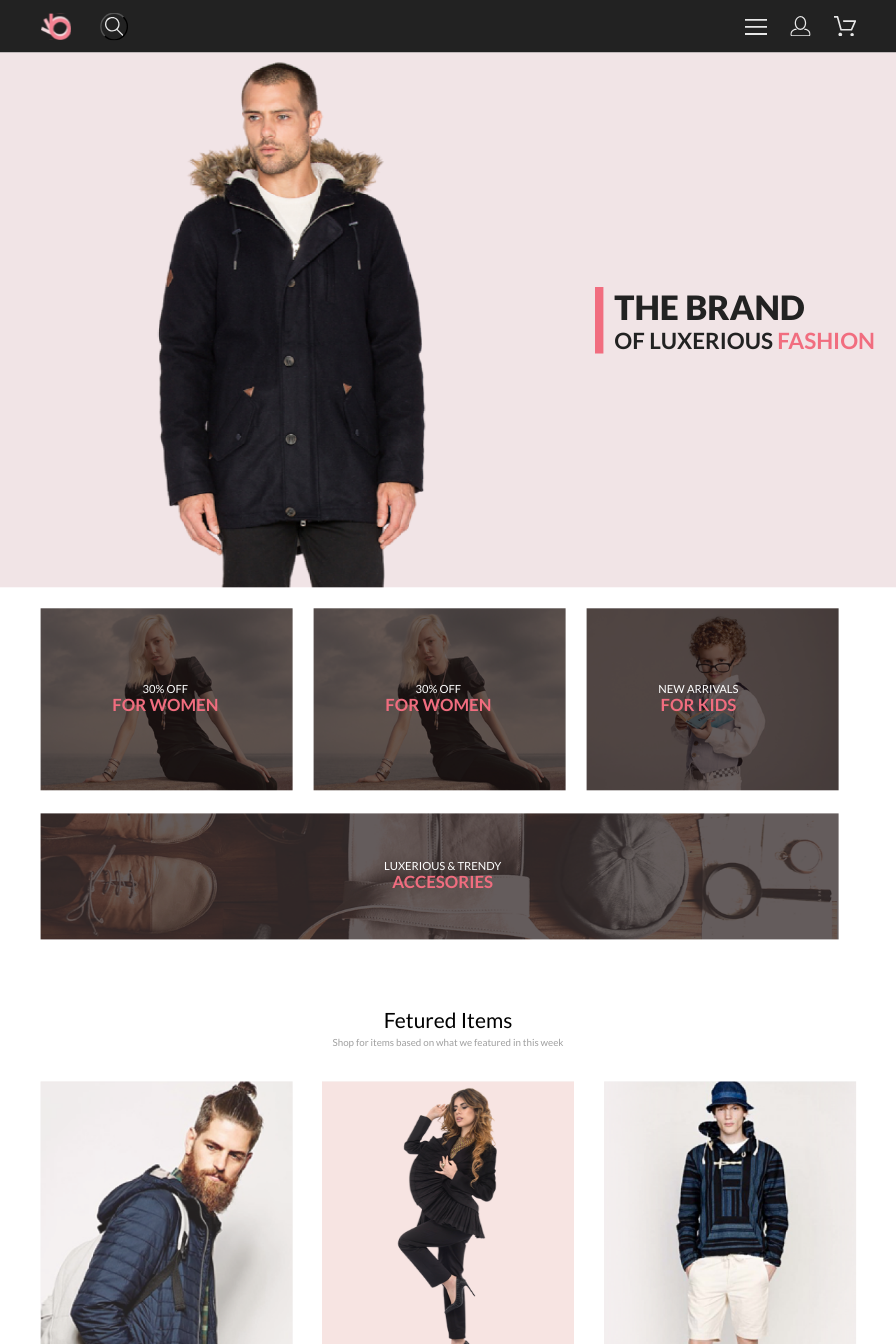
Repository: shtepaa/work-show-linkid
Page: les01/index.html
These files come from the project's save history. The page is drawn as it stood at one moment and after the next save; the edit follows.
The browser window is 1280 px wide. The pictures show the part of the page from y = 0 to 1920 px (the page is 3902 px tall), at 70% of full size.

Above is the page before, as saved 2022-02-15 12:45:19.

### les01/index.html
<!DOCTYPE html>
<html lang="en">
  <head>
    <meta charset="UTF-8" />
    <meta http-equiv="X-UA-Compatible" content="IE=edge" />
    <meta name="viewport" content="width=device-width, initial-scale=1.0" />
    <title>Brand</title>
    <link rel="shortcut icon" href="img/favicon.ico" type="image/x-icon" />
    <link rel="stylesheet" href="style.css" />
    <link rel="preconnect" href="https://fonts.googleapis.com" />
    <link rel="preconnect" href="https://fonts.gstatic.com" crossorigin />
    <link
      href="https://fonts.googleapis.com/css2?family=Lato:wght@700;400;900&display=swap"
      rel="stylesheet"
    />
  </head>
  <body>


        <header>
          <div class="container">
            <nav>
              <div class="flex-left">
                <img src="img/logo.svg" alt="logo" />
                <form class="searchBox">
                  <input
                    class="searchInput"
                    type="text"
                    name=""
                    placeholder="Search"
                  />
                  <button class="searchButton" href="#">
                    <img id="path" src="img/search.svg" alt="logo" />
                  </button>
                </form>
              </div>
              <div class="flex-right">
                <div class="mega-box"><img class="contact-img" src="img/menu.svg" alt="logo" />
                <div class="mega-item">

<div class="menu-box"><h3 class="menu-box--style">Menu</h3></div>
<details><summary>Man</summary>
<a class="mega-link" href="#">Accessories</a>
<a class="mega-link" href="#">Bags</a>
<a class="mega-link" href="#">Denim</a>
<a class="mega-link" href="#">T-Shirts</a>
</details>
<details><summary>WOMAN</summary>
  <a class="mega-link" href="#">Accessories</a>
  <a class="mega-link" href="#">Jackets & Coats</a>
  <a class="mega-link" href="#">Polos</a>
  <a class="mega-link" href="#">T-Shirts</a>
  </details>
  <details><summary>KIDS</summary>
    <a class="mega-link" href="#">Accessories</a>
    <a class="mega-link" href="#">Bags</a>
    <a class="mega-link" href="#">Denim</a>
    <a class="mega-link" href="#">T-Shirts</a>
    </details>



                </div>


                </div>
                <img class="contact-img" src="img/contact.svg" alt="logo" />
                <img src="img/shop.svg" alt="logo" />
              </div>
            </nav>
          </div>
        </header>
        <!-- Второй блок -->
        <div class="header-section">
            <div class="header-cover">
              <div class="header-image">
              <img class="header-man"  src="img/man-new.png" alt="man" />
            </div>
            <div class="header-title">
              <div class="pink-line">
              <div class="header-column">
                <h1 class="header-brand">The brand</h1>
                <h2 class="text-brand">of luxerious <span class="pink-word"> fashion</span></h2>
              </div>
            </div>
            </div>
          </div>
          </div>
        </div>
<!-- Третий блок -->
        <div class="container">
<section class="catalog-box">
          <div class="catalog-block">
            <div class="catalog-project">
              <a class="link-cataloge" href="#">
              <img
                class="catalog-image"
                src="img/catalog01.png"
                alt="catalog01"
              />
              <h2 class="catalog__text">
                30% off <span class="pink-word catalog-words"> for women</span>
              </h2></a>
            </div>
            <div class="catalog-project">
              <a class="link-cataloge" href="#">
                <img
                  class="catalog-image"
                  src="img/catalog01.png"
                  alt="catalog01"
                />
                <h2 class="catalog__text">
                  30% off <span class="pink-word catalog-words"> for women</span>
                </h2></a>
            </div>
            <div class="catalog-project">
              <img
                class="catalog-image"
                src="img/catalog03.png"
                alt="catalog03"
              />
              <h2 class="catalog__text">
                new arrivals
                <span class="pink-word catalog-words"> for kids</span>
              </h2>
            </div>
          </div>
          <div class="catalog-project parent">
            <img
              class="catalog-image"
              src="img/catalog04.png"
              alt="catalog04"
            />
            <h2 class="catalog__text down-parent">
              luxerious & trendy<span class="pink-word catalog-words">
                accesories</span
              >
            </h2>
          </div>
        </section>
        </div>
        <!-- Четвертый блок -->
        <div class="container block-text">
          <h3 class="block-text--heading">Fetured Items</h3>
          <p class="block-text--section-text">
            Shop for items based on what we featured in this week
          </p>
        </div>
        <div class="container section-featured">
          <div class="featur_one">
            <a class="link-featur" href="#">
            <img class="featur-image"  src="img/feat01.png" alt="featur_one" /></a>
            <div class="featur-wrapper">
            <h3 class="featur-text">ELLERY X M'O CAPSULE</h3>
            <p class="featur-content">Known for her sculptural takes on traditional tailoring, Australian arbiter of cool Kym Ellery teams up with Moda Operandi.</p>
<span class="featur-price">$52.00</span></div>
          </div>
          <div class="featur_one">
            <a class="link-featur" href="#">
            <img src="img/feat02.png" alt="featur_one" /></a>
            <div class="featur-wrapper">
            <h3 class="featur-text">ELLERY X M'O CAPSULE</h3>
            <p class="featur-content">Known for her sculptural takes on traditional tailoring, Australian arbiter of cool Kym Ellery teams up with Moda Operandi.</p>
<span class="featur-price">$52.00</span></div>
          </div>
          <div class="featur_one">
            <a class="link-featur" href="#">
            <img src="img/feat03.png" alt="featur_one" /></a>
            <div class="featur-wrapper">
            <h3 class="featur-text">ELLERY X M'O CAPSULE</h3>
            <p class="featur-content">Known for her sculptural takes on traditional tailoring, Australian arbiter of cool Kym Ellery teams up with Moda Operandi.</p>
<span class="featur-price">$52.00</span></div>
          </div>
          <div class="featur_one">
            <a class="link-featur" href="#">
            <img src="img/feat04.png" alt="featur_one" /></a>
            <div class="featur-wrapper">
            <h3 class="featur-text">ELLERY X M'O CAPSULE</h3>
            <p class="featur-content">Known for her sculptural takes on traditional tailoring, Australian arbiter of cool Kym Ellery teams up with Moda Operandi.</p>
<span class="featur-price">$52.00</span></div>
          </div>
          <div class="featur_one">
            <a class="link-featur" href="#">
            <img src="img/feat05.png" alt="featur_one" /></a>
            <div class="featur-wrapper">
            <h3 class="featur-text">ELLERY X M'O CAPSULE</h3>
            <p class="featur-content">Known for her sculptural takes on traditional tailoring, Australian arbiter of cool Kym Ellery teams up with Moda Operandi.</p>
<span class="featur-price">$52.00</span></div>
          </div>
          <div class="featur_one">
            <a class="link-featur" href="#">
            <img src="img/feat06.png" alt="featur_one" /></a>
            <div class="featur-wrapper">
            <h3 class="featur-text">ELLERY X M'O CAPSULE</h3>
            <p class="featur-content">Known for her sculptural takes on traditional tailoring, Australian arbiter of cool Kym Ellery teams up with Moda Operandi.</p>
<span class="featur-price">$52.00</span></div>
          </div>

        </div>
        <div class="container browse-button">
          <a class="link-browse" href="#"> <h3 class="browse-button product-cart">Browse All Product</h3></a>

        </div>
<div class="section-icons">
  <div class="container wrapper-icons">
  <div class="first-icons">
    <img class="car-icons" src="img/car.svg" alt="car" />
    <h3 class="car-icons--text">Free Delivery</h3>
    <p class="car-icons--context">Worldwide delivery on all. Authorit tively morph next-generation innov tion with extensive models.</p>
  </div>
  <div class="first-icons">
    <img class="car-icons" src="img/discount.svg" alt="discount" />
    <h3 class="car-icons--text">Sales & discounts</h3>
    <p class="car-icons--context">Worldwide delivery on all. Authorit tively morph next-generation innov tion with extensive models.</p>
  </div>
  <div class="first-icons">
    <img class="car-icons" src="img/corona.svg" alt="corona" />
    <h3 class="car-icons--text">Quality assurance</h3>
    <p class="car-icons--context">Worldwide delivery on all. Authorit tively morph next-generation innov tion with extensive models.</p>
  </div>
</div>

</div>

<div class="quotes-section">
  <div class="container wrap-quotes">
  <div class="figure-box">
  <figure>
    <img class="figure-image" src="img/author.png" alt="author" />
    <figcaption>“Vestibulum quis porttitor dui! Quisque viverra nunc mi, a pulvinar purus condimentum“</figcaption>
  </figure></div>
  <div class="figure-box enter-mail">

    <h1 class="subscribe">SUBSCRIBE</h1>
    <h2 class="promotion">FOR OUR NEWLETTER AND PROMOTION</h2>
    <div class="subscribe-wrapper">

      <input type="email" name="email" class="subscribe-input" placeholder="Enter Your Email">
      <div class="submit-btn">SUBMIT</div>
    </div>


  </div>

</div>


      </div>
      <footer>
<div class="container footer-contant">
  <div class="copy-righ">
    <span class="copy-text">© 2021  Brand  All Rights Reserved.</span>
  </div>
  <div class="networks">
    <div class="insta instag-fig">

    </div>
    <div class="insta pint-fig"></div>
    <div class="insta last-fig"></div>
    <div class="insta "></div>
  </div>



</div>

      </footer>

  </body>
</html>

### les01/style.css
* {
  margin: 0;
  padding: 0;
}

body{
  font-family: "Lato", sans-serif;
}

header {
  background-color: #222;

  display: flex;
  height: 75px;
}
.header-section {
  background-color: #f1e4e6;
  /* display: flex; */
  height: 764px;
}
.container {
  margin: 0 auto;
  width: 1165px;
  display: flex;
}
.header-image {
  display: flex;
  /* background-repeat: no-repeat;
  -webkit-box-flex: 1;
  -ms-flex-positive: 1;
  flex-grow: 1; */

}
.header-man{
  /* display: flex; */
  /* display: block; */
  left: 0;
}
.header-title {
  /* width: 50%; */
  display: flex;
  flex-direction: row;
  align-items: center;
}
.header-column {
  display: flex;
  flex-direction: column;
  padding-left: 16px;
  text-transform: uppercase;

}
.header-brand{
  font-weight: 900;
  font-size: 48px;
  line-height: 57px;
  color: #222;
}
.text-brand{
  font-weight: 700;
  font-size: 32px;
  line-height: 38px;
  color: #222;
}
.pink-word {
  color: #f16d7f;
}
.pink-line {


  border-left: 12px solid #f16d7f;
}
.header-cover {
  /* width: 100%; */
  display: flex;
  /* flex-direction: row; */
  justify-content: space-between;
  width: 1250px;
  /* margin: 0 auto; */
}

nav {
  justify-content: space-between;
  flex-direction: row;
  /* position: relative; */
  align-items: center;
  display: flex;
  height: 75px;
  width: 100%;
}
.flex-left {
  align-items: center;
  flex-direction: row;
  display: flex;
}

.contact-img {
  margin-right: 33px;
}
/* Меню бокс */
.mega-item {
  position: absolute;
  background-color: #fff;

  /* display: none; */
  padding: 37px 100px 79px 50px;
  display: none;
  margin-top: 23px;
  padding-bottom: 53px;
  /* margin-left: 155px; */
}
.mega-box {
  padding: 34px 0 30px 0;

}
.mega-box:hover .mega-item{
  display: block;
}
summary {
  display: block;
}

  summary::-webkit-details-marker {
  display: none;
}

summary {
  display: block;
  font-weight: 400;
  font-size: 14px;
  line-height: 17px;
  text-transform: uppercase;
  color: #f16d7f;
  padding-top: 20px;
  padding-bottom: 12px;
  font-family: "Lato", sans-serif;
  cursor: pointer;
}

  summary::-webkit-details-marker {
  display: none;
}

summary::before {
  content: '';
  padding-right: 0.5em;
}

details[open] > summary::before {
  content: '';
}

.menu-box--style {
  font-weight: 700;
  font-size: 14px;
  line-height: 17px;
  text-transform: uppercase;
  padding-bottom: 4px;
  font-family: "Lato", sans-serif;
}
/* .pink-box {

} */
.mega-link {
  font-family: "Lato", sans-serif;
  display: block;
  text-decoration: none;
  font-size: 14px;
  line-height: 17px;
  color: #6f6e6e;
  font-weight: 400;
  padding: 12px 0px 11px 15px;
}
.mega-link:hover{
  color: #F16D7F;
}
.flex-right {
  display: flex;
  align-items: center;
  position: relative;
  /* padding-bottom: 23px; */
}
img {
  cursor: pointer;
}

/* search form*/
form {
  margin-left: 41px;
}

.searchBox:hover > .searchInput {
  padding: 0 6px;
  width: 240px;
}

.searchBox:hover > .searchButton {
  background: #222;
  color: #2f3640;
}

.searchButton {
  justify-content: center;
  align-items: center;
  background: #222;
  border-radius: 50%;
  color: white;
  float: right;
  width: 40px;
  height: 40px;
  display: flex;
  transition: 0.4s;
}

.searchInput {
  border: none;
  background: none;
  outline: none;
  float: left;
  padding: 0;
  color: white;
  font-size: 16px;
  transition: 0.4s;
  line-height: 40px;
  width: 0px;
}

@media screen and (max-width: 620px) {
  .searchBox:hover > .searchInput {
    width: 150px;
    padding: 0 6px;
  }
}

/* Третий блок */
.catalog-box{
  display: flex;
  flex-direction: column;
}

.catalog-project {
  margin-top: 30px;
  position: relative;

}

.catalog__text {
  position: absolute;
  display: block;
  z-index: 100;
  left: 103px;
  top: 105px;
  box-sizing: border-box;
  font-size: 16px;
  line-height: 19px;
  text-align: center;
  font-family: Lato;
  color: #fff;
  text-transform: uppercase;
  font-weight: 400;
  display: flex;
  flex-direction: column;
  /* left: 0; */
}
.catalog-words {
  font-size: 24px;
  line-height: 28px;
  text-align: center;
  font-family: "Lato", sans-serif;
  font-weight: 700;
}
.catalog-block {
  display: flex;
  justify-content: space-between;
  /* flex-direction: row;
  flex-wrap: wrap; */
  /* width: 100%; */
}

.parent {
  display: flex;
  width: 100%;
  /* justify-content: space-between; */
}
.down-parent {
  left: 491px;
  top: 65px;
}
/* Четвертый блок */
.block-text {
  padding-top: 96px;
  display: flex;
  flex-direction: column;
  box-sizing: content-box;
  align-items: center;
}
.block-text--heading {
  font-weight: normal;
  font-size: 30px;
  line-height: 36px;
}
.block-text--section-text {
  padding-top: 6px;
  font-weight: normal;
  font-size: 14px;
  line-height: 17px;
  color: #9f9f9f;
}
/* Пятый блок */
.section-featured{
  max-width: 1165px;
  display: flex;
  flex-direction: row;
  flex-wrap: wrap;
  padding-top: 18px;
  justify-content: space-between;
}
.featur_one{
  display: flex;
  flex-direction: column;
  max-width: 360px;
  background-color: #F8F8F8;
  margin-top: 30px;
}
.featur-text{
  margin-top: 25px;
  font-size: 13px;
line-height: 16px;
font-family: "Lato", sans-serif;
font-weight: 400;
}
.featur-content{
  color: #5D5D5D;
  font-weight: 300;
font-size: 14px;
line-height: 17px;
font-family: "Lato", sans-serif;
padding-top: 12px;
}
.featur-price{
  color:  #F16D7F;
  font-size: 16px;
line-height: 19px;
font-weight: 400;
padding-top: 18px;
}
.featur-wrapper{
  padding-left: 18px;
  padding-bottom: 20px;
  display: flex;
  flex-direction: column;
}
.browse-button{
  /* align-items: center; */
  /* display: block; */
  max-width: 1165px;
  display: flex;
  justify-content: center;
  margin-top: 63px;

}
.link-browse{
  text-decoration: none;
}
.product-cart{
  color: #fff;
  border: 1px solid #FF6A6A;
  box-sizing: border-box;
  align-items: center;
  width: 211px;
  padding: 15px 38px;
  font-size: 16px;
line-height: 19px;
font-weight: 400;
background-color: #F16D7F;
}
/* конец кнопки */
.section-icons {
  background-color: #222224;
  display: flex;
  height: 341px;

  /* justify-content: space-between; */
  margin-top: 95px;
}
.first-icons{
  display: flex;
  flex-direction: column;
  max-width: 343px;
  justify-content: center;
  align-items: center;
  text-align: center;


}
.car-icons{
  width: 44px;
  height: 31px;
  padding-top: 103px;
  padding-bottom: 28px;
}
.wrapper-icons{
  max-width: 1165px;
  display: flex;
  flex-direction: row;
  justify-content: space-between;
}
.car-icons--context{
  padding-top: 16px;
  font-weight: 300;
font-size: 13.972px;
line-height: 17px;
color: #FBFBFB;
padding-bottom: 104px;
}
.car-icons--text{
  font-size: 19.96px;
line-height: 24px;
color: #FBFBFB;
font-weight: 400;
}
/* Квотес секция */
.quotes-section{
  background-image: url(img/photo-subscribe.png );
  height: 448px;
  background-repeat: no-repeat;
  background-size: 100%;

}
.wrap-quotes{
  display: flex;
  flex-direction: row;
  max-width: 1165px;
  justify-content: space-between;

}
.figure-box{
  display: flex;
  flex-direction: column;
  width: 343px;
  justify-content: center;
  /* align-items: center; */
  text-align: center;

}
.figure-image{
  width: 96px;
  height: 96px;
  padding-top: 97px;
}
figcaption{
  padding-top: 30px;
  font-size: 20px;
line-height: 24px;
font-weight: 400;
font-family: "Lato", sans-serif;
color: #222224;

}
.subscribe{
  font-family: "Lato", sans-serif;
  font-weight: 700;
  font-size: 24px;
  line-height: 37px;
  padding-top: 150px;
}
.promotion{
  font-family: "Lato", sans-serif;
  font-weight: 400;
  font-size: 18px;
  line-height: 30px;
}
.enter-mail{
  width: 557px;
}
.subscribe-wrapper{
  display: flex;
  justify-content: center;
  margin-top: 39px;

  border-radius: 10px;
  width: 356px;
  margin: 0 auto;
  padding-top: 32px;
}
.subscribe-input{
width: 256px;
border-radius: 30px;
  border-bottom-right-radius: 0;
  border-top-right-radius: 0;
  border-color: #E1E1E1;
  background-color: #E1E1E1;
}
.submit-btn{
  width: 100px;
  border-radius: 30px;
  border-bottom-left-radius: 0;
  border-top-left-radius: 0;
  background-color: #E05C6E;
  height: 49px;
  color: #fff;
  text-align: center;
  align-items: center;
  font-size: 14px;
line-height: 17px;
display: flex;
font-weight: 400;
padding: 10px;
}
::placeholder{
  padding-left: 22px;
  padding-top: 7px;
  padding-bottom: 6px;
  font-size: 14px;
line-height: 17px;
opacity: 0.67;
color: #222224;
}
footer{
  height: 79px;
  background-color: #222224;
  display: flex;
}
.footer-contant{
  display: flex;
  flex-direction: row;
  max-width: 1165px;
  align-items: center;
  justify-content: space-between;
}
.copy-text{
  padding-top: 30px;
  font-size: 16px;
line-height: 19px;
font-weight: 400;
color: #FBFBFB;
}
.networks{
  display: flex;
  flex-direction: row;


}
.insta{
  height: 32px;
  width: 31px;
  background-color: #fff;
  display: flex;

}
.last-fig{
  margin-right: 7px;
}
.pint-fig{
  margin-right: 7px;
}
.instag-fig{
  margin-right: 7px;
}
.insta:hover{
  background-color: #E05C6E;

}

### les01/img/search.svg
<svg width="27" height="28" viewBox="0 0 27 28" fill="#E8E8E8" xmlns="http://www.w3.org/2000/svg" id="path">
<path d="M19.0596 17.6259C20.6713 15.8658 21.6282 13.6048 21.7698 11.2225C21.9113 8.84018 21.2288 6.48173 19.8369 4.54318C18.445 2.60463 16.4285 1.20404 14.126 0.576619C11.8234 -0.0508009 9.3751 0.13316 7.19217 1.09761C5.00923 2.06205 3.22463 3.74825 2.13804 5.87302C1.05145 7.9978 0.729054 10.4318 1.225 12.7661C1.72094 15.1005 3.00501 17.1932 4.86158 18.6927C6.71814 20.1922 9.03413 21.0072 11.4206 21.0009C13.673 21.004 15.8645 20.27 17.6606 18.9109L25.4086 26.7179C25.4941 26.807 25.5965 26.8781 25.7099 26.927C25.8232 26.9759 25.9452 27.0017 26.0686 27.0029C26.1923 27.0033 26.3148 26.9782 26.4283 26.9292C26.5419 26.8801 26.6441 26.8082 26.7286 26.7179C26.9025 26.537 26.9997 26.2958 26.9997 26.0449C26.9997 25.794 26.9025 25.5528 26.7286 25.3719L19.0596 17.6259ZM2.88662 10.5009C2.89946 8.81563 3.41094 7.17187 4.35659 5.77685C5.30224 4.38183 6.63972 3.29801 8.20044 2.662C9.76115 2.02599 11.4752 1.86627 13.1266 2.20298C14.7779 2.53969 16.2926 3.35775 17.4797 4.55404C18.6668 5.75033 19.4732 7.27129 19.7972 8.92519C20.1212 10.5791 19.9483 12.2919 19.3002 13.8476C18.6522 15.4034 17.5581 16.7325 16.1559 17.6674C14.7536 18.6023 13.1059 19.1011 11.4206 19.1009C9.14916 19.0901 6.97482 18.1784 5.37484 16.566C3.77486 14.9537 2.87998 12.7724 2.88662 10.5009Z" fill="#E8E8E8"/>
</svg>

Loaded but not shown: les01/img/car.svg (3 lines, source omitted)

After the next save:
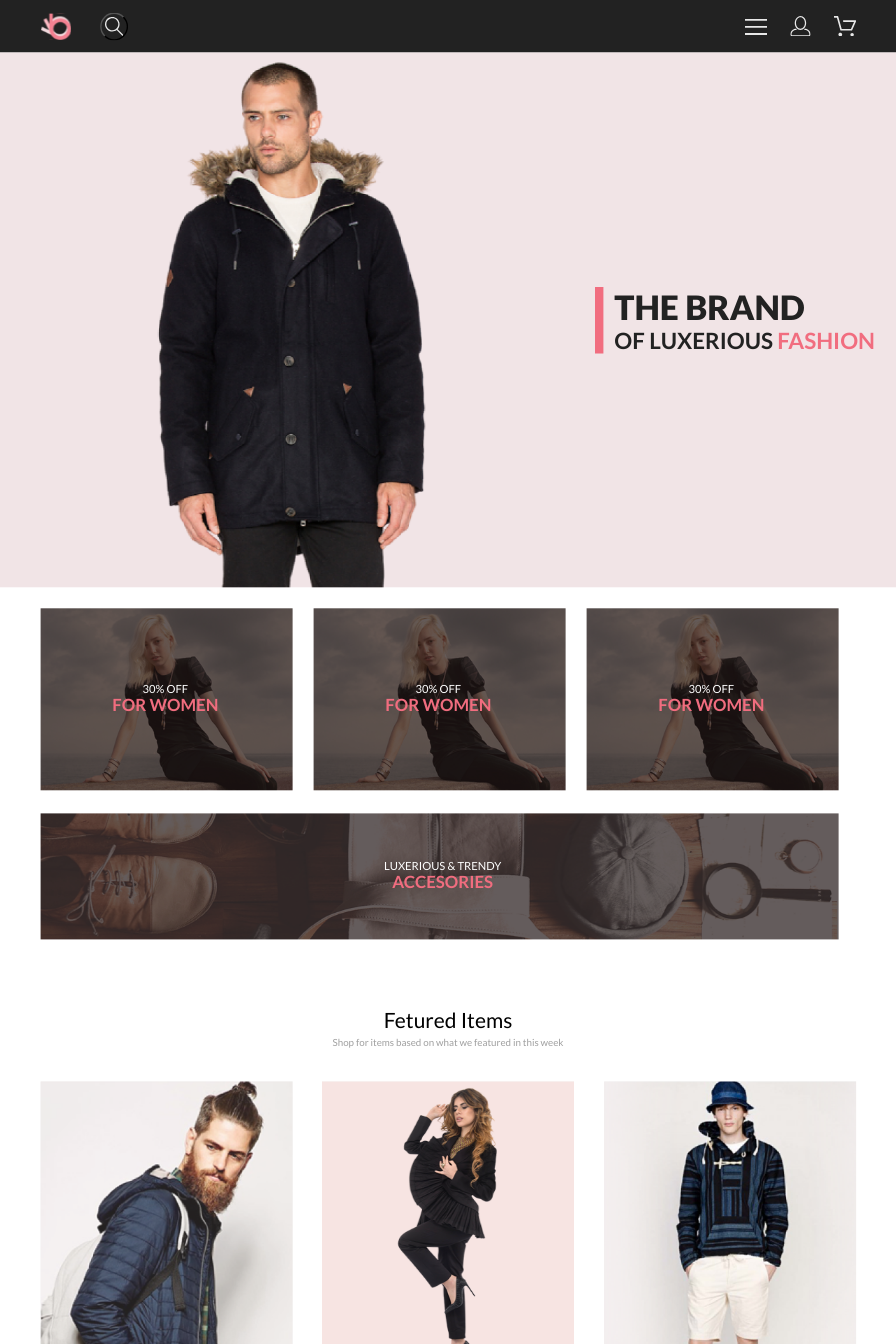
Saved 7 s later.
--- a/les01/index.html
+++ b/les01/index.html
@@ -114,15 +114,15 @@
                 </h2></a>
             </div>
             <div class="catalog-project">
-              <img
-                class="catalog-image"
-                src="img/catalog03.png"
-                alt="catalog03"
-              />
-              <h2 class="catalog__text">
-                new arrivals
-                <span class="pink-word catalog-words"> for kids</span>
-              </h2>
+              <a class="link-cataloge" href="#">
+                <img
+                  class="catalog-image"
+                  src="img/catalog01.png"
+                  alt="catalog01"
+                />
+                <h2 class="catalog__text">
+                  30% off <span class="pink-word catalog-words"> for women</span>
+                </h2></a>
             </div>
           </div>
           <div class="catalog-project parent">
